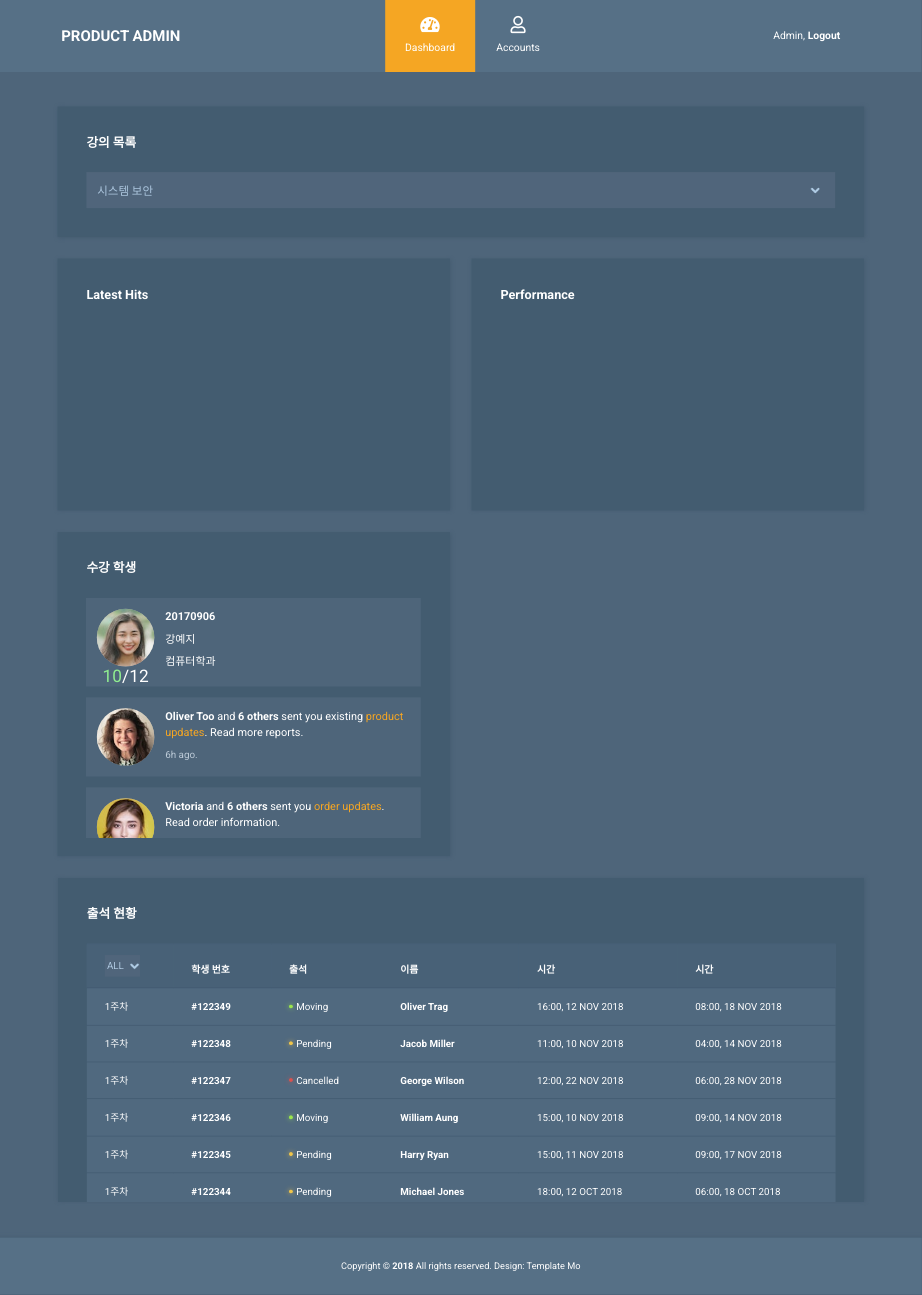
Repository: YJ-S2/2019-FaceAPI
Page: test1-master/web/123/WebContent/web1.html
These files come from the project's save history. The page is drawn as it stood at one moment and after the next save; the edit follows.
The browser window is 1280 px wide. The pictures show the whole page, at 72% of full size.
An inner scrolling area shows only its first screen.

Above is the page before, as saved 2019-08-07 07:35:45.
Console error: ReferenceError: pieChart is not defined

### test1-master/web/123/WebContent/web1.html
<!DOCTYPE html>
<html lang="en">

<head>
    <meta charset="UTF-8">
    <meta name="viewport" content="width=device-width, initial-scale=1.0">
    <meta http-equiv="X-UA-Compatible" content="ie=edge">
    <title>Product Admin - Dashboard HTML Template</title>
    <link rel="stylesheet" href="https://fonts.googleapis.com/css?family=Roboto:400,700">
    <!-- https://fonts.google.com/specimen/Roboto -->
    <link rel="stylesheet" href="css/fontawesome.min.css">
    <!-- https://fontawesome.com/ -->
    <link rel="stylesheet" href="css/bootstrap.min.css">
    <!-- https://getbootstrap.com/ -->
    <link rel="stylesheet" href="css/templatemo-style.css">
    <!--
	Product Admin CSS Template
	https://templatemo.com/tm-524-product-admin
	-->
	<style>
	.custom-select30 {
	  width: 70%;
	  border: none;
	  color: #acc6de;
	  height: 30px;
	  -webkit-appearance: none;
	  -moz-appearance: none;
	  -ms-appearance: none;
	  -o-appearance: none;
	  appearance: none;
	  -webkit-border-radius: 0;
	  -moz-border-radius: 0;
	  -ms-border-radius: 0;
	  -o-border-radius: 0;
	  border-radius: 0;
	  padding: 3px;
	  background: url(../img/arrow-down.png) 98% no-repeat #50657b;
	}
	.left-mj{
		 margin: 0 0 0 auto;
	}
	.c_red{
		color:lightgreen;
	}
	</style>
</head>

<body id="reportsPage">
    <div class="" id="home">
        <nav class="navbar navbar-expand-xl">
            <div class="container h-100">
                <a class="navbar-brand" href="index.html">
                    <h1 class="tm-site-title mb-0">Product Admin</h1>
                </a>
                <button class="navbar-toggler ml-auto mr-0" type="button" data-toggle="collapse" data-target="#navbarSupportedContent"
                    aria-controls="navbarSupportedContent" aria-expanded="false" aria-label="Toggle navigation">
                    <i class="fas fa-bars tm-nav-icon"></i>
                </button>

                <div class="collapse navbar-collapse" id="navbarSupportedContent">
                    <ul class="navbar-nav mx-auto h-100">
                        <li class="nav-item">
                            <a class="nav-link active" href="#">
                                <i class="fas fa-tachometer-alt"></i>
                                Dashboard
                                <span class="sr-only">(current)</span>
                            </a>
                        </li>

                        <li class="nav-item">
                            <a class="nav-link" href="http://localhost:9089/123/accounts.html">
                                <i class="far fa-user"></i>
                                Accounts
                            </a>
                        </li>
                    </ul>
                    <ul class="navbar-nav">
                        <li class="nav-item">
                            <a class="nav-link d-block" href="login.html">
                                Admin, <b>Logout</b>
                            </a>
                        </li>
                    </ul>
                </div>
            </div>

        </nav>
        <div class="container mt-5">
            <div class="row tm-content-row">
		          <div class="col-12 tm-block-col">
		            <div class="tm-bg-primary-dark tm-block tm-block-h-auto">
		              <h2 class="tm-block-title">강의 목록</h2>
		              <select class="custom-select">
		                <option value="0">시스템 보안</option>
		                <option value="1">모바일 소프트웨어</option>
		                <option value="2">시스템 프로그래밍</option>
		                <option value="3">데이터베이스 개론</option>
		                <option value="4">컴퓨터 구조</option>
		              </select>
		            </div>
		          </div>
		        </div>
            <!-- row -->
            <div class="row tm-content-row">

                <div class="col-sm-12 col-md-12 col-lg-6 col-xl-6 tm-block-col">
                    <div class="tm-bg-primary-dark tm-block">
                        <h2 class="tm-block-title">Latest Hits</h2>
                        <canvas id="lineChart"></canvas>
                    </div>
                </div>
                <div class="col-sm-12 col-md-12 col-lg-6 col-xl-6 tm-block-col">
                    <div class="tm-bg-primary-dark tm-block">
                        <h2 class="tm-block-title">Performance</h2>
                        <canvas id="barChart"></canvas>
                    </div>
                </div>

                <!--
                <div class="col-sm-12 col-md-12 col-lg-6 col-xl-6 tm-block-col">
                    <div class="tm-bg-primary-dark tm-block tm-block-taller">
                        <h2 class="tm-block-title">Storage Information</h2>
                        <div id="pieChartContainer">
                            <canvas id="pieChart" class="chartjs-render-monitor" width="200" height="200"></canvas>
                        </div>
                    </div>
                </div>
                -->

                <div class="col-sm-12 col-md-12 col-lg-6 col-xl-6 tm-block-col">
                    <div class="tm-bg-primary-dark tm-block tm-block-taller tm-block-overflow">
                        <h2 class="tm-block-title">수강 학생</h2>
                        <div class="tm-notification-items">
                            <div class="media tm-notification-item">
                                <div class="tm-gray-circle"><img src="img/notification-01.jpg" alt="Avatar Image" class="rounded-circle">
                                <div align="center"><h4><span class="c_red">10</span>/12</h4></div></div>
                                <div class="">
	                                <div class="media-body">
	                                	<p class="mb-2"><b>20170906</b></p>
	                                    <p class="mb-2">강예지</p>
	                                    <p class="mb-2">컴퓨터학과</p>
	                                </div>

	                            </div>
                            </div>
                            <div class="media tm-notification-item">
                                <div class="tm-gray-circle"><img src="img/notification-02.jpg" alt="Avatar Image" class="rounded-circle"></div>
                                <div class="media-body">
                                    <p class="mb-2"><b>Oliver Too</b> and <b>6 others</b> sent you existing <a href="#"
                                            class="tm-notification-link">product updates</a>. Read more reports.</p>
                                    <span class="tm-small tm-text-color-secondary">6h ago.</span>
                                </div>
                            </div>
                            <div class="media tm-notification-item">
                                <div class="tm-gray-circle"><img src="img/notification-03.jpg" alt="Avatar Image" class="rounded-circle"></div>
                                <div class="media-body">
                                    <p class="mb-2"><b>Victoria</b> and <b>6 others</b> sent you <a href="#"
                                            class="tm-notification-link">order updates</a>. Read order information.</p>
                                    <span class="tm-small tm-text-color-secondary">6h ago.</span>
                                </div>
                            </div>
                            <div class="media tm-notification-item">
                                <div class="tm-gray-circle"><img src="img/notification-01.jpg" alt="Avatar Image" class="rounded-circle"></div>
                                <div class="media-body">
                                    <p class="mb-2"><b>Laura Cute</b> and <b>6 others</b> sent you <a href="#"
                                            class="tm-notification-link">product records</a>.</p>
                                    <span class="tm-small tm-text-color-secondary">6h ago.</span>
                                </div>
                            </div>
                            <div class="media tm-notification-item">
                                <div class="tm-gray-circle"><img src="img/notification-02.jpg" alt="Avatar Image" class="rounded-circle"></div>
                                <div class="media-body">
                                    <p class="mb-2"><b>Samantha</b> and <b>6 others</b> sent you <a href="#"
                                            class="tm-notification-link">order stuffs</a>.</p>
                                    <span class="tm-small tm-text-color-secondary">6h ago.</span>
                                </div>
                            </div>
                            <div class="media tm-notification-item">
                                <div class="tm-gray-circle"><img src="img/notification-03.jpg" alt="Avatar Image" class="rounded-circle"></div>
                                <div class="media-body">
                                    <p class="mb-2"><b>Sophie</b> and <b>6 others</b> sent you <a href="#"
                                            class="tm-notification-link">product updates</a>.</p>
                                    <span class="tm-small tm-text-color-secondary">6h ago.</span>
                                </div>
                            </div>
                            <div class="media tm-notification-item">
                                <div class="tm-gray-circle"><img src="img/notification-01.jpg" alt="Avatar Image" class="rounded-circle"></div>
                                <div class="media-body">
                                    <p class="mb-2"><b>Lily A</b> and <b>6 others</b> sent you <a href="#"
                                            class="tm-notification-link">product updates</a>.</p>
                                    <span class="tm-small tm-text-color-secondary">6h ago.</span>
                                </div>
                            </div>
                            <div class="media tm-notification-item">
                                <div class="tm-gray-circle"><img src="img/notification-02.jpg" alt="Avatar Image" class="rounded-circle"></div>
                                <div class="media-body">
                                    <p class="mb-2"><b>Amara</b> and <b>6 others</b> sent you <a href="#"
                                            class="tm-notification-link">product updates</a>.</p>
                                    <span class="tm-small tm-text-color-secondary">6h ago.</span>
                                </div>
                            </div>
                            <div class="media tm-notification-item">
                                <div class="tm-gray-circle"><img src="img/notification-03.jpg" alt="Avatar Image" class="rounded-circle"></div>
                                <div class="media-body">
                                    <p class="mb-2"><b>Cinthela</b> and <b>6 others</b> sent you <a href="#"
                                            class="tm-notification-link">product updates</a>.</p>
                                    <span class="tm-small tm-text-color-secondary">6h ago.</span>
                                </div>
                            </div>
                        </div>
                    </div>
                </div>
                <div class="col-12 tm-block-col">
                    <div class="tm-bg-primary-dark tm-block tm-block-taller tm-block-scroll">
                    	<h2 class="tm-block-title">출석 현황</h2>



                        <table class="table">
                            <thead>
                                <tr>
                                	<th scope="col">
	                                	<select class="custom-select30">
	                                		<option value="0">ALL</option>
							                <option value="1">1 주차</option>
							                <option value="2">2 주차</option>
							                <option value="3">3 주차</option>
							                <option value="4">4 주차</option>
							           	</select>
							        </th>
                                    <th scope="col">학생 번호</th>
                                    <th scope="col">출석</th>
                                    <th scope="col">이름</th>
                                    <th scope="col">시간</th>
                                    <th scope="col">시간</th>
                                </tr>
                            </thead>
                            <tbody>
                                <tr>
                                	<td>1주차</td>
                                    <th scope="row"><b>#122349</b></th>
                                    <td>
                                        <div class="tm-status-circle moving">
                                        </div>Moving
                                    </td>
                                    <td><b>Oliver Trag</b></td>
                                    <td>16:00, 12 NOV 2018</td>
                                    <td>08:00, 18 NOV 2018</td>
                                </tr>
                                <tr>
                                	<td>1주차</td>
                                    <th scope="row"><b>#122348</b></th>
                                    <td>
                                        <div class="tm-status-circle pending">
                                        </div>Pending
                                    </td>
                                    <td><b>Jacob Miller</b></td>
                                    <td>11:00, 10 NOV 2018</td>
                                    <td>04:00, 14 NOV 2018</td>
                                </tr>
                                <tr>
                                	<td>1주차</td>
                                    <th scope="row"><b>#122347</b></th>
                                    <td>
                                        <div class="tm-status-circle cancelled">
                                        </div>Cancelled
                                    </td>
                                    <td><b>George Wilson</b></td>
                                    <td>12:00, 22 NOV 2018</td>
                                    <td>06:00, 28 NOV 2018</td>
                                </tr>
                                <tr>
                                	<td>1주차</td>
                                    <th scope="row"><b>#122346</b></th>
                                    <td>
                                        <div class="tm-status-circle moving">
                                        </div>Moving
                                    </td>
                                    <td><b>William Aung</b></td>
                                    <td>15:00, 10 NOV 2018</td>
                                    <td>09:00, 14 NOV 2018</td>
                                </tr>
                                <tr>
                                	<td>1주차</td>
                                    <th scope="row"><b>#122345</b></th>
                                    <td>
                                        <div class="tm-status-circle pending">
                                        </div>Pending
                                    </td>
                                    <td><b>Harry Ryan</b></td>
                                    <td>15:00, 11 NOV 2018</td>
                                    <td>09:00, 17 NOV 2018</td>
                                </tr>
                                <tr>
                                	<td>1주차</td>
                                    <th scope="row"><b>#122344</b></th>
                                    <td>
                                        <div class="tm-status-circle pending">
                                        </div>Pending
                                    </td>
                                    <td><b>Michael Jones</b></td>
                                    <td>18:00, 12 OCT 2018</td>
                                    <td>06:00, 18 OCT 2018</td>
                                </tr>
                                <tr>
                                	<td>1주차</td>
                                    <th scope="row"><b>#122343</b></th>
                                    <td>
                                        <div class="tm-status-circle moving">
                                        </div>Moving
                                    </td>
                                    <td><b>Timmy Davis</b></td>
                                    <td>12:00, 10 OCT 2018</td>
                                    <td>08:00, 18 OCT 2018</td>
                                </tr>
                                <tr>
                                	<td>1주차</td>
                                    <th scope="row"><b>#122342</b></th>
                                    <td>
                                        <div class="tm-status-circle moving">
                                        </div>Moving
                                    </td>
                                    <td><b>Oscar Phyo</b></td>
                                    <td>15:30, 06 OCT 2018</td>
                                    <td>09:30, 16 OCT 2018</td>
                                </tr>
                                <tr>
                                	<td>1주차</td>
                                    <th scope="row"><b>#122341</b></th>
                                    <td>
                                        <div class="tm-status-circle moving">
                                        </div>Moving
                                    </td>
                                    <td><b>Charlie Brown</b></td>
                                    <td>11:00, 10 OCT 2018</td>
                                    <td>03:00, 14 OCT 2018</td>
                                </tr>
                                <tr>
                                	<td>1주차</td>
                                    <th scope="row"><b>#122340</b></th>
                                    <td>
                                        <div class="tm-status-circle cancelled">
                                        </div>Cancelled
                                    </td>
                                    <td><b>Wilson Cookies</b></td>
                                    <td>17:30, 12 OCT 2018</td>
                                    <td>08:30, 22 OCT 2018</td>
                                </tr>
                                <tr>
                                	<td>1주차</td>
                                    <th scope="row"><b>#122339</b></th>
                                    <td>
                                        <div class="tm-status-circle moving">
                                        </div>Moving
                                    </td>
                                    <td><b>Richard Clamon</b></td>
                                    <td>15:00, 12 OCT 2018</td>
                                    <td>09:20, 26 OCT 2018</td>
                                </tr>
                            </tbody>
                        </table>
                    </div>
                </div>
            </div>
        </div>
        <footer class="tm-footer row tm-mt-small">
            <div class="col-12 font-weight-light">
                <p class="text-center text-white mb-0 px-4 small">
                    Copyright &copy; <b>2018</b> All rights reserved.

                    Design: <a rel="nofollow noopener" href="https://templatemo.com" class="tm-footer-link">Template Mo</a>
                </p>
            </div>
        </footer>
    </div>

    <script src="js/jquery-3.3.1.min.js"></script>
    <!-- https://jquery.com/download/ -->
    <script src="js/moment.min.js"></script>
    <!-- https://momentjs.com/ -->
    <script src="js/Chart.min.js"></script>
    <!-- http://www.chartjs.org/docs/latest/ -->
    <script src="js/bootstrap.min.js"></script>
    <!-- https://getbootstrap.com/ -->
    <script src="js/tooplate-scripts.js"></script>
    <script>
        Chart.defaults.global.defaultFontColor = 'white';
        let ctxLine,
            ctxBar,
            ctxPie,
            optionsLine,
            optionsBar,
            optionsPie,
            configLine,
            configBar,
            configPie,
            lineChart;
        barChart, pieChart;
        // DOM is ready
        $(function () {
            drawLineChart(); // Line Chart
            drawBarChart(); // Bar Chart
            //drawPieChart(); // Pie Chart

            $(window).resize(function () {
                updateLineChart();
                updateBarChart();
            });
        })
    </script>
</body>

</html>

Loaded but not shown: test1-master/web/123/WebContent/css/fontawesome.min.css (library); test1-master/web/123/WebContent/css/bootstrap.min.css (library); test1-master/web/123/WebContent/js/jquery-3.3.1.min.js (library); test1-master/web/123/WebContent/js/moment.min.js (library); test1-master/web/123/WebContent/js/Chart.min.js (library); test1-master/web/123/WebContent/js/bootstrap.min.js (library); test1-master/web/123/WebContent/js/tooplate-scripts.js (147 lines, source omitted); test1-master/web/123/WebContent/css/templatemo-style.css (709 lines, source omitted)

After the next save:
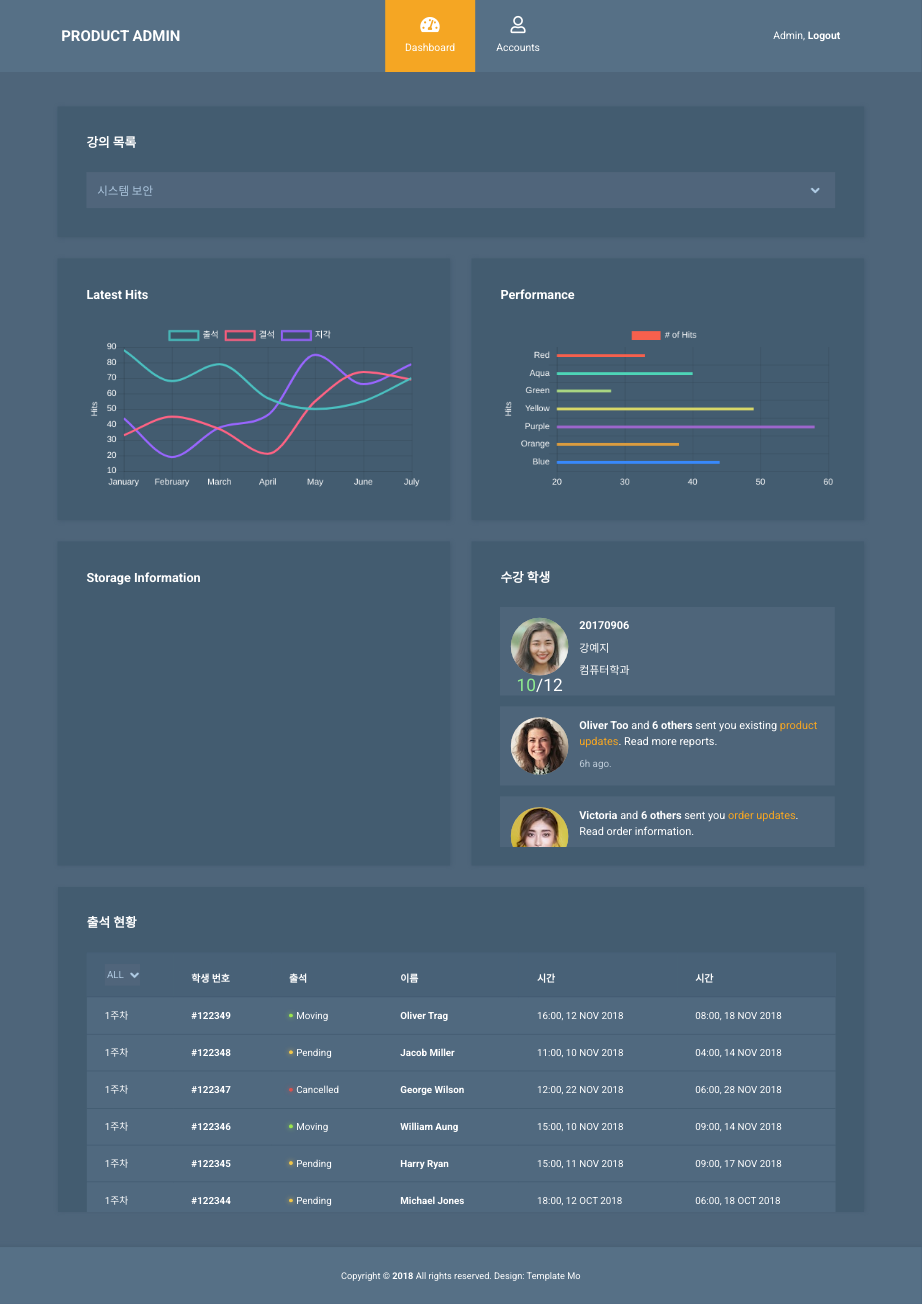
Console error: ReferenceError: drawPieChart is not defined
Saved 14 s later.
--- a/test1-master/web/123/WebContent/web1.html
+++ b/test1-master/web/123/WebContent/web1.html
@@ -116,7 +116,6 @@
                     </div>
                 </div>
 
-                <!--
                 <div class="col-sm-12 col-md-12 col-lg-6 col-xl-6 tm-block-col">
                     <div class="tm-bg-primary-dark tm-block tm-block-taller">
                         <h2 class="tm-block-title">Storage Information</h2>
@@ -125,8 +124,6 @@
                         </div>
                     </div>
                 </div>
-                -->
-
                 <div class="col-sm-12 col-md-12 col-lg-6 col-xl-6 tm-block-col">
                     <div class="tm-bg-primary-dark tm-block tm-block-taller tm-block-overflow">
                         <h2 class="tm-block-title">수강 학생</h2>
@@ -400,7 +397,7 @@
         $(function () {
             drawLineChart(); // Line Chart
             drawBarChart(); // Bar Chart
-            //drawPieChart(); // Pie Chart
+            drawPieChart(); // Pie Chart
 
             $(window).resize(function () {
                 updateLineChart();
